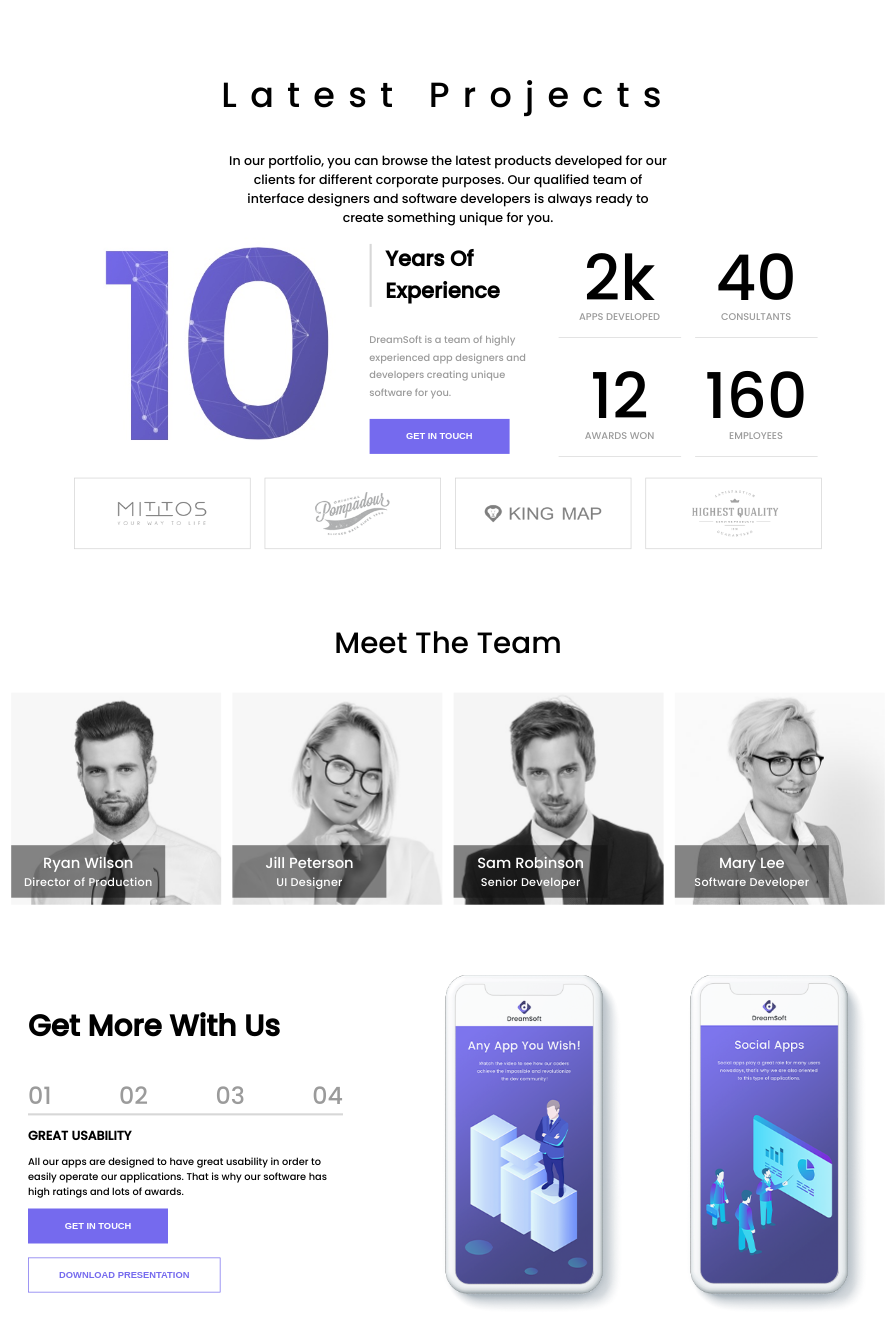
Repository: kkyler24/ladders-bootcamp-awesome
Page: index.html
The author's editor kept a copy of each file at every save. The page is drawn from the files as they stood at one save, then again after the next save.
The browser window is 1280 px wide. The pictures show the part of the page from y = 1339 to 3239 px (the page is 6056 px tall), at 70% of full size.

Above is the page before, as saved 2021-03-19 16:18:09.

After the next save:
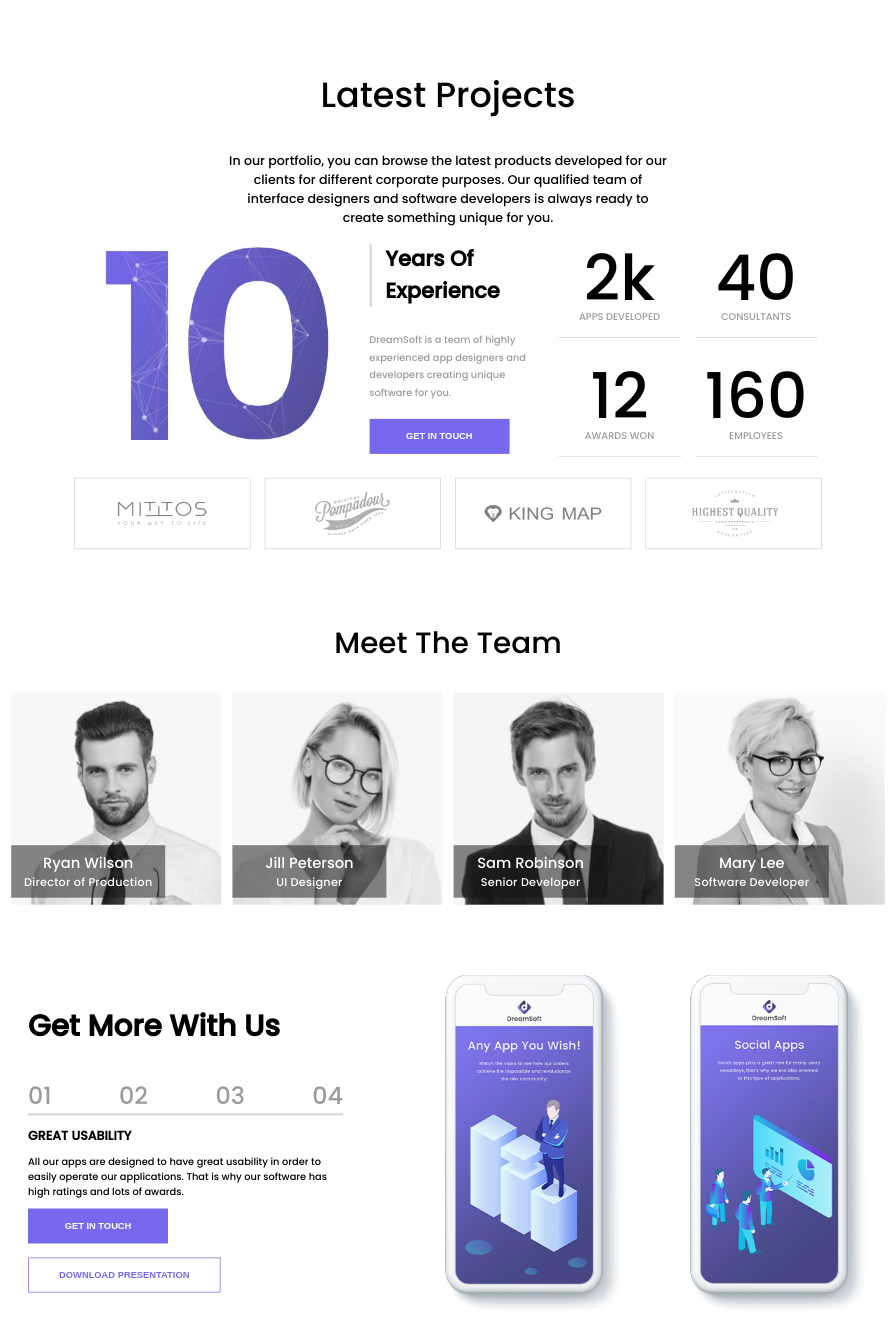
Saved 42 s later.
--- a/kstyle.css
+++ b/kstyle.css
@@ -104,5 +104,5 @@ ul.li.a {
 #latestPro{
   font-size: 50px;
   font-weight: lighter;
-  letter-spacing: .5cm;
+
 }
